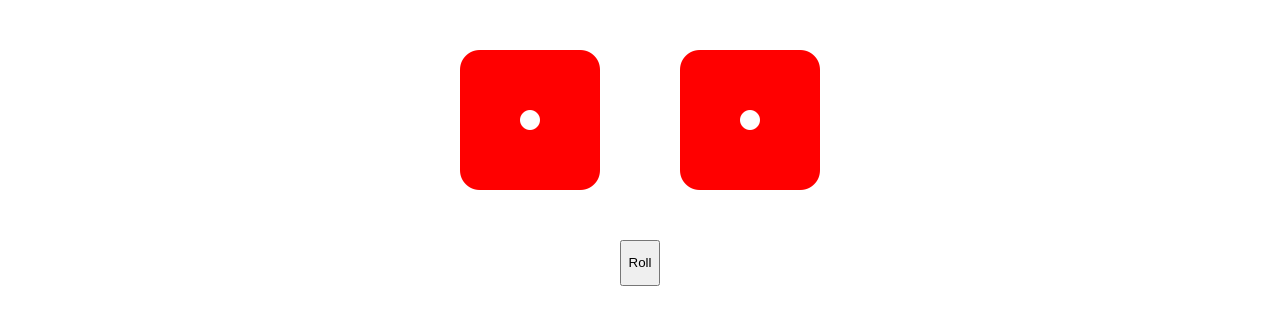
Repository: dung8466/learn-react
Page: / (app in roll-dice/)
An editor plug-in stored every save of this project. The page is shown before and after a run of saves, followed by the edit.
The browser window is 1280 px wide. The pictures show the whole page.
The project was rebuilt for these pictures with package versions that can differ from the ones it lists, and the page was loaded fresh each time. Also part of the build but not shown: roll-dice/src/App.css.

Above is the page before, as saved 2022-09-17 21:25:17.

### roll-dice/public/index.html
<!DOCTYPE html>
<html lang="en">
  <head>
    <meta charset="utf-8" />
    <link rel="icon" href="%PUBLIC_URL%/favicon.ico" />
    <meta name="viewport" content="width=device-width, initial-scale=1" />
    <meta name="theme-color" content="#000000" />
    <meta
      name="description"
      content="Web site created using create-react-app"
    />
    <link
      rel="stylesheet"
      href="https://use.fontawesome.com/releases/v5.7.0/css/all.css"
      integrity="sha384-lZN37f5QGtY3VHgisS14W3ExzMWZxybE1SJSEsQp9S+oqd12jhcu+A56Ebc1zFSJ"
      crossorigin="anonymous"
    />
    <link rel="apple-touch-icon" href="%PUBLIC_URL%/logo192.png" />
    <!--
      manifest.json provides metadata used when your web app is installed on a
      user's mobile device or desktop. See https://developers.google.com/web/fundamentals/web-app-manifest/
    -->
    <link rel="manifest" href="%PUBLIC_URL%/manifest.json" />
    <!--
      Notice the use of %PUBLIC_URL% in the tags above.
      It will be replaced with the URL of the `public` folder during the build.
      Only files inside the `public` folder can be referenced from the HTML.

      Unlike "/favicon.ico" or "favicon.ico", "%PUBLIC_URL%/favicon.ico" will
      work correctly both with client-side routing and a non-root public URL.
      Learn how to configure a non-root public URL by running `npm run build`.
    -->
    <title>React App</title>
  </head>
  <body>
    <noscript>You need to enable JavaScript to run this app.</noscript>
    <div id="root"></div>
    <!--
      This HTML file is a template.
      If you open it directly in the browser, you will see an empty page.

      You can add webfonts, meta tags, or analytics to this file.
      The build step will place the bundled scripts into the <body> tag.

      To begin the development, run `npm start` or `yarn start`.
      To create a production bundle, use `npm run build` or `yarn build`.
    -->
  </body>
</html>

### roll-dice/src/App.js
import React, {Component} from 'react';
import './App.css';
import Rolldice from './RollDice';
class App extends Component {
  render(){
  return (
    <Rolldice />
  );
}
}

export default App;

### roll-dice/src/RollDice.js
import React, {Component} from "react";
import Dice from "./Dice";
import './RollDice.css';

class Rolldice extends Component{
    static defaultProps = {
        sides : ['one' , 'two', 'three', 'four', 'five', 'six']
    }
    constructor(props){
        super(props);
        this.state = {dice1 : 'one', dice2: 'one', rolling: false};
        this.roll = this.roll.bind(this);
    };
    roll(){
        const temp1 = this.props.sides[Math.floor(Math.random() * this.props.sides.length)];
        const temp2 = this.props.sides[Math.floor(Math.random() * this.props.sides.length)];
        this.setState({dice1 : temp1, dice2: temp2, rolling: true});
        setTimeout(() => {
            this.setState({ rolling: false });
          }, 1000);
    };
    render(){
        return(
            <div className="container">
                <div className="dice">
                    <Dice face={this.state.dice1} rolling={this.state.rolling}/>
                    <Dice face={this.state.dice2} rolling={this.state.rolling}/>
                </div>
                <button className="btn" onClick={this.roll} disabled={this.state.rolling}>
                    {this.state.rolling ? 'Rolling' : 'Roll'}
                </button>
            </div>
        );
    }
}

export default Rolldice;

### roll-dice/src/Dice.js
import React, {Component} from 'react';
import './Dice.css'

class Dice extends Component{
    render(){
        return(
            <i className={`fas fa-dice-${this.props.face} ${this.props.rolling && 'shaking'}`}></i>
        );
    }
}

export default Dice;

### roll-dice/src/RollDice.css
.container{
    display: flex;
    flex-direction: column;
    justify-content: center;
    align-items: center;
}

.btn{
    padding: 1em 0.5em;
}

### roll-dice/src/Dice.css
.fas{
    font-size: 10em;
    padding: 0.25em;
    color: steelblue;
    margin: 0;
}

.fa-dice-one{
    color: red;
}

.shaking {
    animation-name: wobble;
    animation-duration: 1s;
  }

  @keyframes wobble {
    from {
      transform: translate3d(0, 0, 0);
    }

    15% {
      transform: translate3d(-25%, 0, 0) rotate3d(0, 0, 1, -5deg);
    }

    30% {
      transform: translate3d(20%, 0, 0) rotate3d(0, 0, 1, 3deg);
    }

    45% {
      transform: translate3d(-15%, 0, 0) rotate3d(0, 0, 1, -3deg);
    }

    60% {
      transform: translate3d(10%, 0, 0) rotate3d(0, 0, 1, 2deg);
    }

    75% {
      transform: translate3d(-5%, 0, 0) rotate3d(0, 0, 1, -1deg);
    }

    to {
      transform: translate3d(0, 0, 0);
    }
  }

Loaded but not shown: roll-dice/src/index.js (common file); roll-dice/src/index.css (common file); roll-dice/src/reportWebVitals.js (common file)

After the next 2 saves:
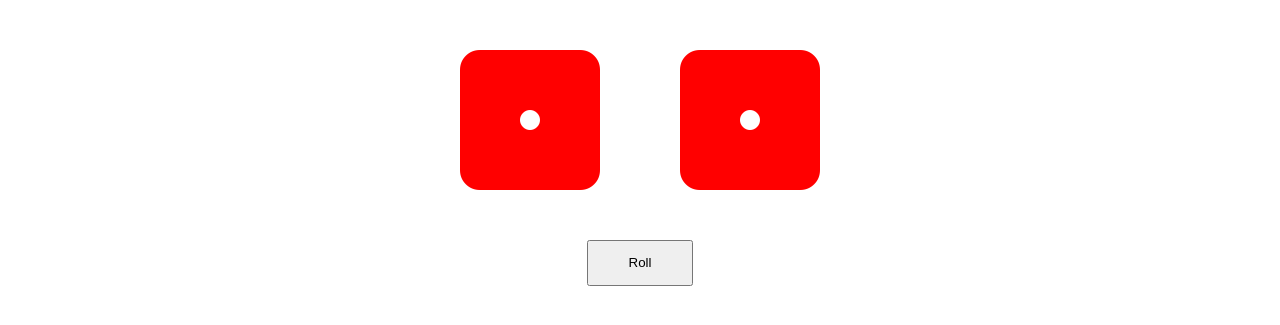
The 2 saves are shown as one change because they came seconds apart.
The last was saved 10 s later.
--- a/roll-dice/src/RollDice.css
+++ b/roll-dice/src/RollDice.css
@@ -6,5 +6,5 @@
 }
 
 .btn{
-    padding: 1em 0.5em;
+    padding: 1em 3em;
 }
